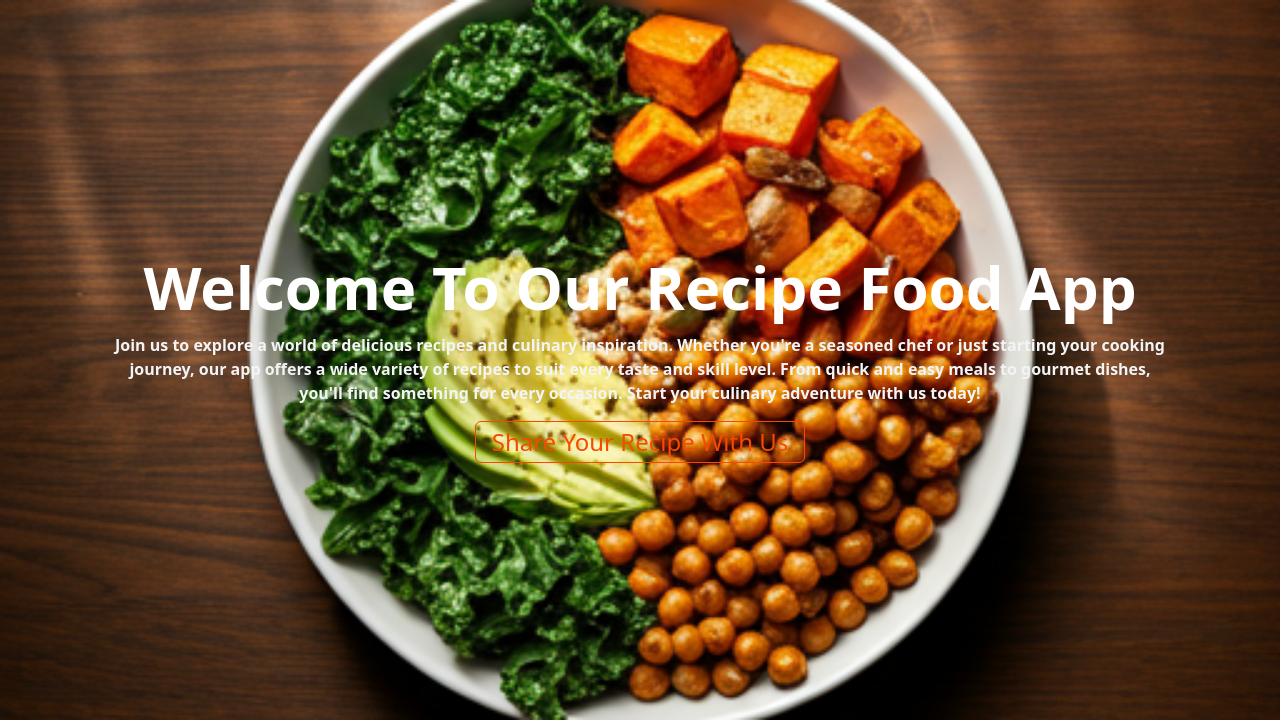
Repository: Eslam0Mohamed/mern-recipe-app
Page: / (app in FrontEnd/)
An editor plug-in stored every save of this project. The page is shown before and after the next save, followed by the edit.
The browser window is 1280 px wide. The pictures show the whole page.
The project was rebuilt for these pictures with package versions that can differ from the ones it lists, and the page was loaded fresh each time. Also part of the build but not shown: FrontEnd/vite.config.js.

Above is the page before, as saved 2026-05-07 18:21:46.

After the next save:
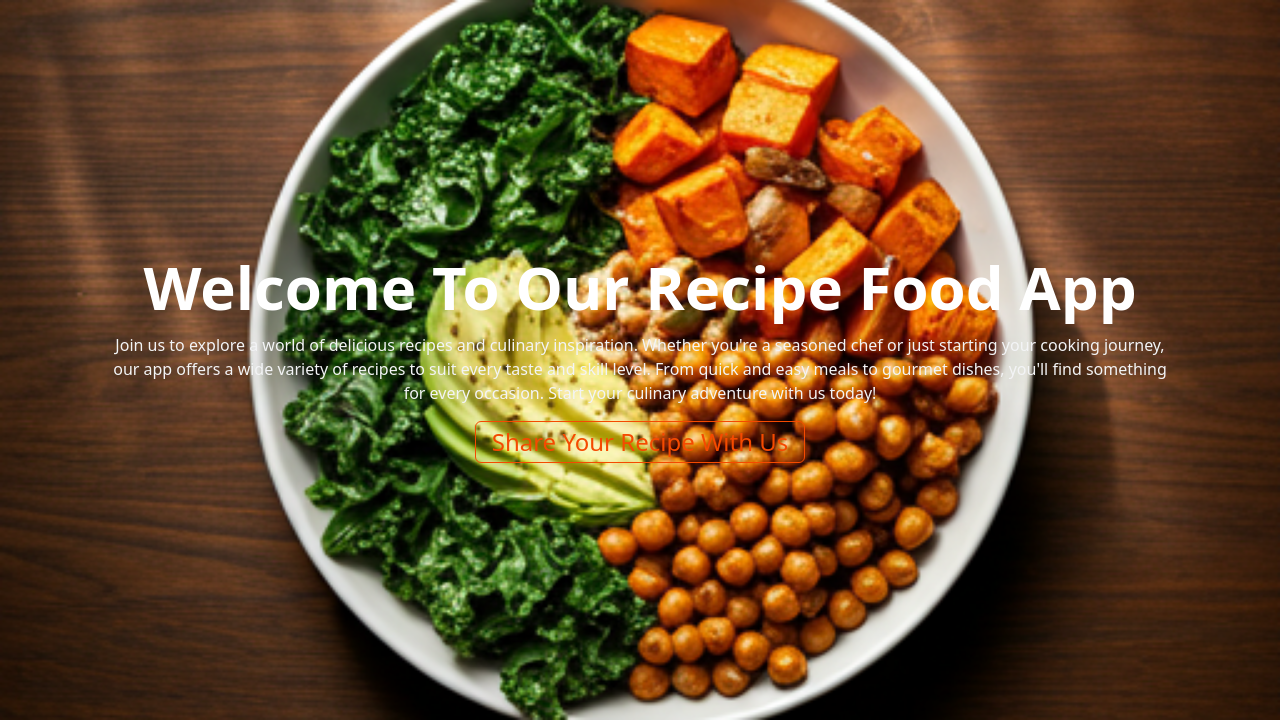
Saved 9 s later.
--- a/FrontEnd/src/pages/Home.jsx
+++ b/FrontEnd/src/pages/Home.jsx
@@ -5,7 +5,7 @@ function Home() {
     <section style={{backgroundImage:`url(${backgroundImage})`,}} className={`bg-cover bg-tertiary h-screen bg-center flex items-center justify-center `}>
       <div className='left container flex flex-col gap-4 text-center justify-center items-center' >
         <h1 className='text-white text-6xl font-semibold'>Welcome To Our Recipe Food App</h1>
-        <p className='text-md text-gray-100 font-semibold text-md'> Join us to explore a world of delicious recipes and culinary inspiration. Whether you're a seasoned chef or just starting your cooking journey, our app offers a wide variety of recipes to suit every taste and skill level. From quick and easy meals to gourmet dishes, you'll find something for every occasion. Start your culinary adventure with us today!</p>
+        <p className='text-md text-gray-100 font-light text-md'> Join us to explore a world of delicious recipes and culinary inspiration. Whether you're a seasoned chef or just starting your cooking journey, our app offers a wide variety of recipes to suit every taste and skill level. From quick and easy meals to gourmet dishes, you'll find something for every occasion. Start your culinary adventure with us today!</p>
       <button className='w-fit outline-none px-4 py-1  text-2xl border cursor-pointer border-orange-600 hover:bg-orange-600 hover:text-white transition-colors duration-150 rounded-md text-orange-600 '>Share Your Recipe With Us</button>
       </div>
       {/* <div className='right'>
